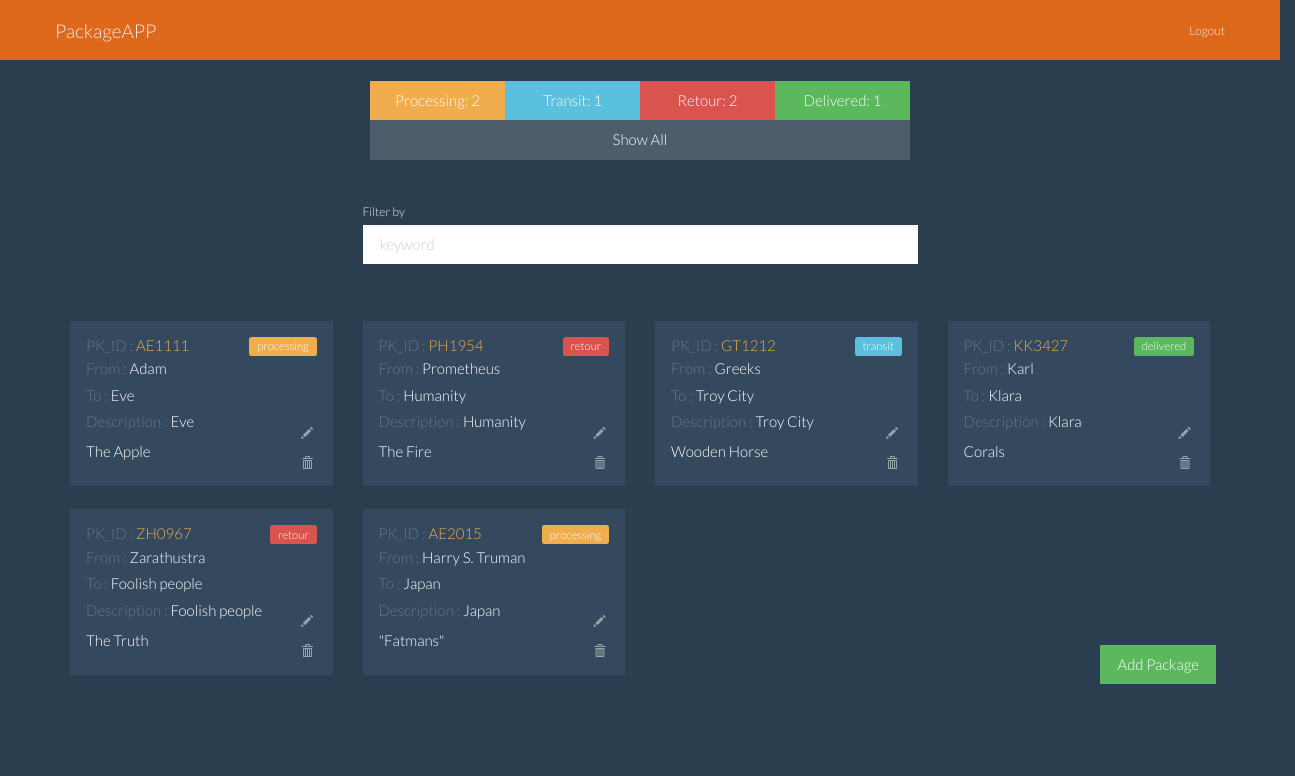
Repository: andreasmihm/aizat
Page: index.html
The author's editor kept a record of every edit. The page is drawn from the files as they stood at one moment, then again after the next edit.
The browser window is 1280 px wide. The page is 1295 px wide, so the pictures cover 1295 px, including what lies to the right of the window. The pictures show the whole page.

Above is the page before.

After the next edit:
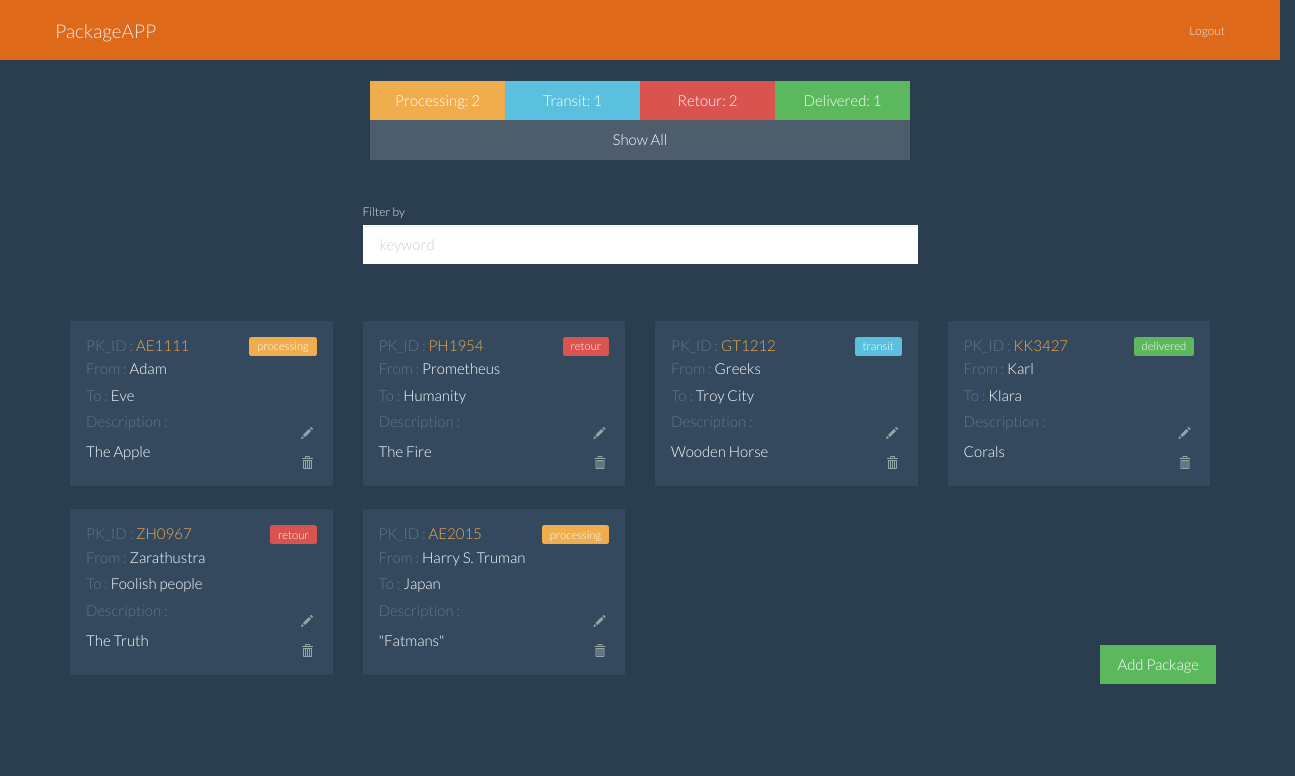
The edit:
--- a/index.html
+++ b/index.html
@@ -60,7 +60,7 @@
             <h5 class="list-group-item-heading"><span class="text-muted">PK_ID&#09;:</span> <span class="text-warning">{{pack.id}}</span><button type="button" class="btn label label-{{getClass(pack.id)}} pull-right" ng-click="cycStatus(pack.id)">{{pack.status}}</button></h5>
             <p><span class="text-muted">From :</span> {{pack.sen}}</p>
             <p><span class="text-muted">To :</span> {{pack.rec}}</p>
-            <p><span class="text-muted">Description :</span> {{pack.rec}}
+            <p><span class="text-muted">Description :</span></p>
             <h5>{{pack.desc}}</h5>
             <div class="package-ctrl">
               <button ng-click="edit(pack.id)" class="btn btn-sm btn-package"><span class="glyphicon glyphicon-pencil" aria-hidden="true"></span></button>
